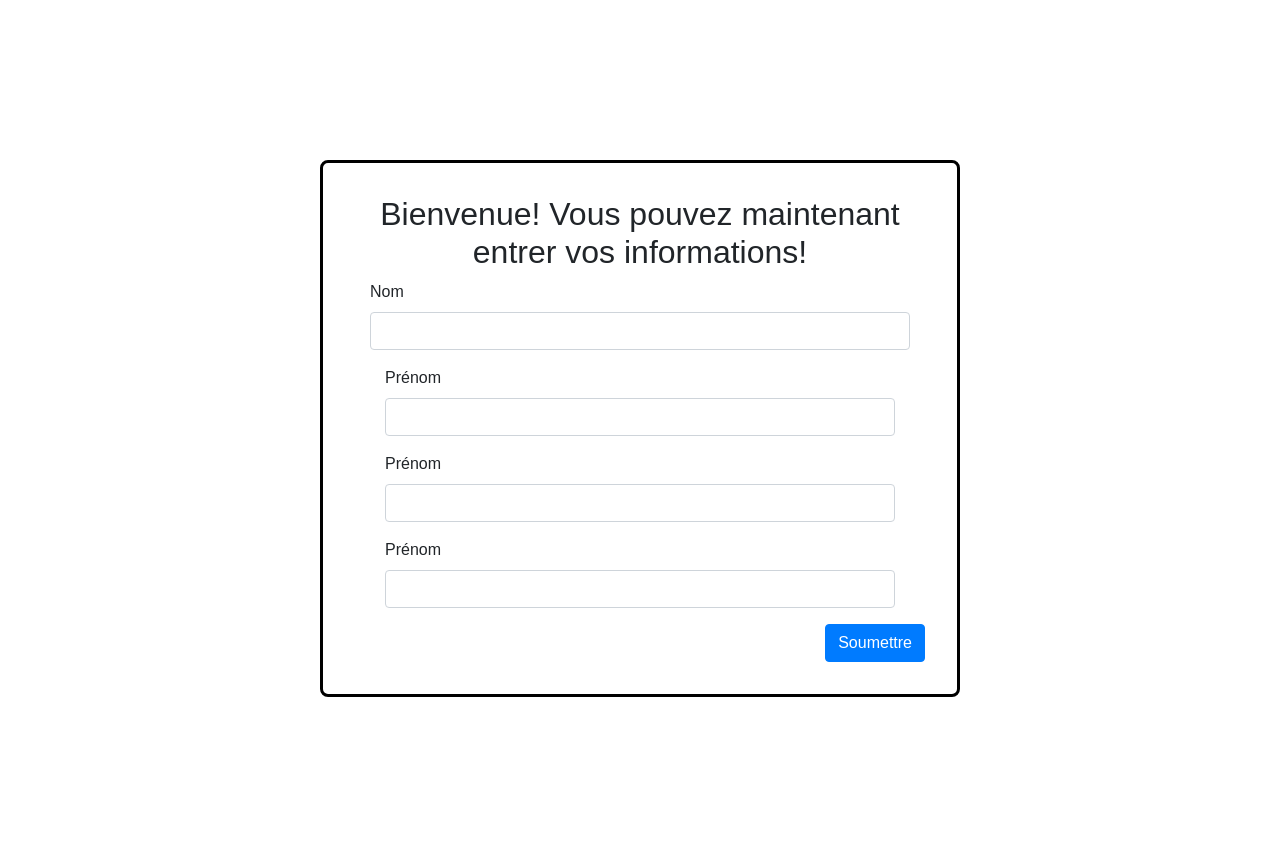
Repository: Aminox84/frontend-main
Page: /
The author's editor kept a copy of each file at every save. The page is drawn from the files as they stood at one save, then again after the next save.
The browser window is 1280 px wide. The pictures show the whole page.
The project was rebuilt for these pictures with package versions that can differ from the ones it lists, and the page was loaded fresh each time.

Above is the page before, as saved 2022-12-29 19:53:00.

After the next save:
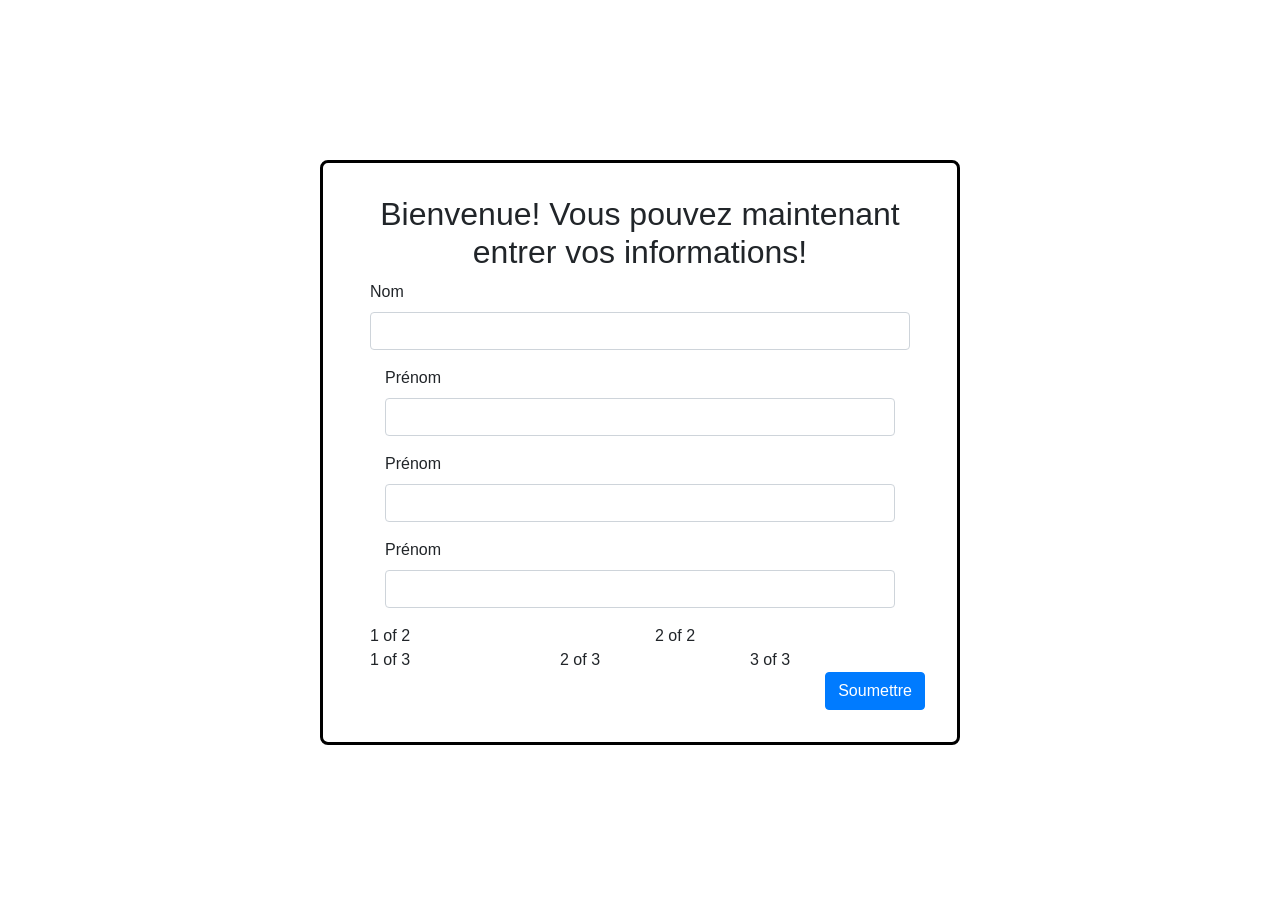
Saved 53 s later.
--- a/src/userForm.tsx
+++ b/src/userForm.tsx
@@ -52,6 +52,31 @@ export function UserForm() {
 </div>
 </div>
 
+
+
+<div className="container">
+  <div className="row">
+    <div className="col">
+      1 of 2
+    </div>
+    <div className="col">
+      2 of 2
+    </div>
+  </div>
+  <div className="row">
+    <div className="col">
+      1 of 3
+    </div>
+    <div className="col">
+      2 of 3
+    </div>
+    <div className="col">
+      3 of 3
+    </div>
+  </div>
+</div>
+
+
     </>
   )
 }
